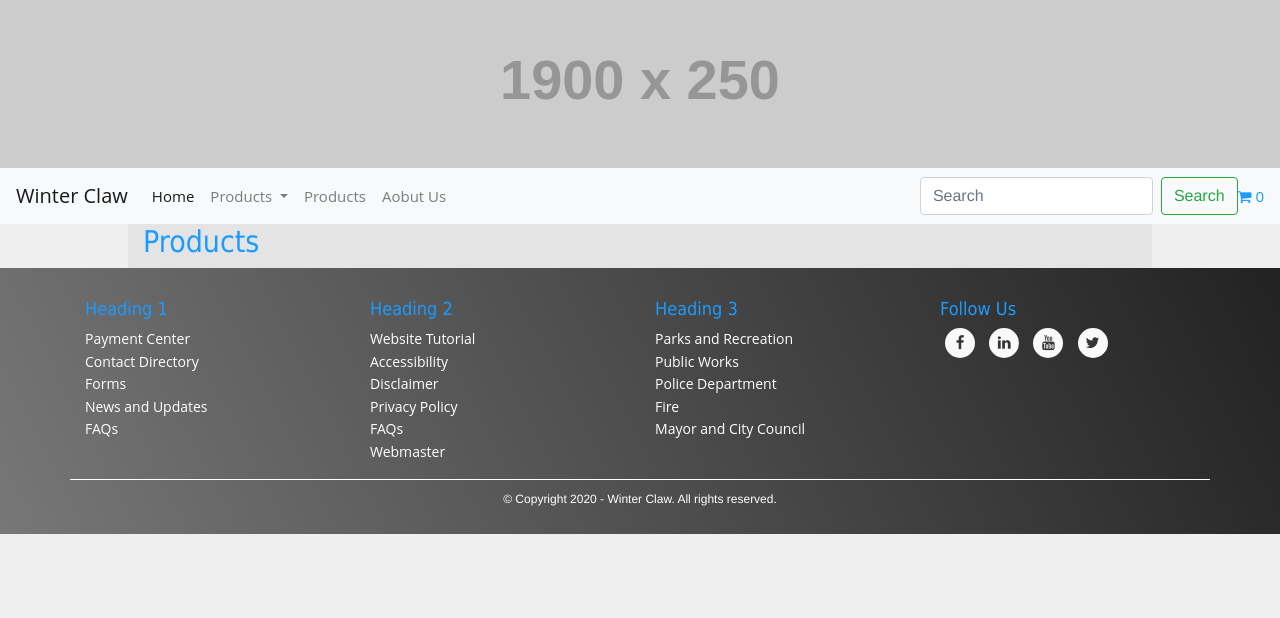
Repository: UrbyX9/ProjectWinter
Page: http://localhost/index.php?page=products
The author's editor kept a copy of each file at every save. The page is drawn from the files as they stood at one save, then again after the next save.
The browser window is 1280 px wide. The pictures show the whole page.
Some web fonts or font styles are not loaded; a fallback is used. The page is run by PHP 8.4 with error messages shown; the project is at /var/www/html/. Queries for data that is not in the repository find no rows.

Above is the page before, as saved 2020-03-26 09:26:58.

### index.php
<?php
   session_start();
    //function include / connect to DB
    include './functions.php';
    //connect to database
    $pdo = pdo_connect_mysql();

    //default home.php is set for visitors
    $page = isset($_GET['page']) && file_exists($_GET['page']. '.php') ? $_GET['page'] : 'home';
    //include and show requested page
    include $page . '.php';


?>

### functions.php
<?php
include'./includes/dbh.inc.php';
/*
function pdo_connect_mysql(){
    /* credentials */
    /*$dbHost = 'localhost';
    $dbUser = 'root';
    $dbPass = '';
    $dbName = 'winter_claw';

    try{
        return new PDO('mysql:host=' . $dbHost . ';dbname=' . $dbName . ';charset=utf8', $dbUser, $dbPass);
    } catch (PDOException $exception) {
    	// If there is an error with the connection, stop the script and display the error.
    	die ('Failed to connect to database!');
    }
}*/

function template_header($title){
  $num_items_in_cart = isset($_SESSION['cart']) ? count($_SESSION['cart']) : 0;
    echo <<<EOT

    <!DOCTYPE html>
<html>

  <head>
    <meta charset="utf-8" content="text/html">
    <meta name="viewport" content="width=device-width, intital-scale=1.0">

    <!-- jQuery and Propper.js-->
    <script src="https://code.jquery.com/jquery-3.4.1.js"
      integrity="sha256-WpOohJOqMqqyKL9FccASB9O0KwACQJpFTUBLTYOVvVU="
      crossorigin="anonymous"></script>

    <script src="https://cdnjs.cloudflare.com/ajax/libs/popper.js/1.16.1/esm/popper-utils.js"
      integrity="sha256-5svdPV/pJHGKdkwy2zo8jfH1925FafkffDDabT2cEBk="
      crossorigin="anonymous"></script>

    <!-- bootstrap links -->
      <!-- CSS link -->
    <link rel="stylesheet" href="https://stackpath.bootstrapcdn.com/bootstrap/4.4.1/css/bootstrap.min.css" integrity="sha384-Vkoo8x4CGsO3+Hhxv8T/Q5PaXtkKtu6ug5TOeNV6gBiFeWPGFN9MuhOf23Q9Ifjh" crossorigin="anonymous">
    <script src="https://stackpath.bootstrapcdn.com/bootstrap/4.4.1/js/bootstrap.min.js" integrity="sha384-wfSDF2E50Y2D1uUdj0O3uMBJnjuUD4Ih7YwaYd1iqfktj0Uod8GCExl3Og8ifwB6" crossorigin="anonymous"></script>
    <!-- JavaScript link -->
    <script src="https://code.jquery.com/jquery-3.4.1.slim.min.js" integrity="sha384-J6qa4849blE2+poT4WnyKhv5vZF5SrPo0iEjwBvKU7imGFAV0wwj1yYfoRSJoZ+n" crossorigin="anonymous"></script>
    <script src="https://cdn.jsdelivr.net/npm/popper.js@1.16.0/dist/umd/popper.min.js" integrity="sha384-Q6E9RHvbIyZFJoft+2mJbHaEWldlvI9IOYy5n3zV9zzTtmI3UksdQRVvoxMfooAo" crossorigin="anonymous"></script>

    <!-- Font Awesome -->
    <link href="https://stackpath.bootstrapcdn.com/font-awesome/4.7.0/css/font-awesome.min.css" rel="stylesheet" integrity="sha384-wvfXpqpZZVQGK6TAh5PVlGOfQNHSoD2xbE+QkPxCAFlNEevoEH3Sl0sibVcOQVnN" crossorigin="anonymous">

    <!-- Custom CSS -->
    <link rel="stylesheet" href="./css/style.css">

    <title>Winter Claw</title>
  </head>

  <body>
    <!--<header>-->
    <header>
    <div class="banner"><img src="https://via.placeholder.com/1900x250" alt="banner"></div>
    </header>

    <nav class="navbar sticky-top navbar-expand-lg navbar-light bg-light">
      <a class="navbar-brand" href="#">Winter Claw</a>

      <button class="navbar-toggler" type="button" data-toggle="collapse" data-target="#navbarToggler" aria-controls="navbarToggler" aria-expanded="false" aria-label="Toggle navigation">
        <span class="navbar-toggler-icon"></span>
      </button>

      <div class="collapse navbar-collapse" id="navbarToggler">
        <ul class="navbar-nav mr-auto mt-2 mt-lg-0">
          <li class="nav-item active">
            <a class="nav-link" href="./index.php">Home <span class="sr-only">(current)</span></a>
          </li>
          <!-- Dropdown -->
          <li class="nav-item dropdown">
            <a class="nav-link dropdown-toggle" href="#" id="navbarDropdown" role="button" data-toggle="dropdown" aria-haspopup="true" aria-expanded="false">
              Products
            </a>
            <!-- sub dropdown -->
              <ul class="dropdown-menu">
                <li><a class="dropdown-item" href="#">Submenu</a></li>
                <li><a class="dropdown-item" href="#">Submenu0</a></li>
                <li class="dropdown-submenu"><a class="dropdown-item dropdown-toggle" href="#">Submenu 1</a>
                  <!-- sub sub dropdown -->
                  <ul class="dropdown-menu">
                    <li><a class="dropdown-item" href="#">Subsubmenu1</a></li>
                    <li><a class="dropdown-item" href="#">Subsubmenu1</a></li>
                  </ul>
                </li>
                <li class="dropdown-submenu"><a class="dropdown-item dropdown-toggle" href="#">Submenu 2</a>
                  <ul class="dropdown-menu">
                    <li><a class="dropdown-item" href="#">Subsubmenu2</a></li>
                    <li><a class="dropdown-item" href="#">Subsubmenu2</a></li>
                  </ul>
                </li>
              </ul>

            <!--
            <div class="dropdown-menu" aria-labelledby="navbarDropdown">
              <a class="dropdown-item" href="#">Another action</a>
              <div class="dropdown-divider"></div>
              <a class="dropdown-item" href="#">Something else here</a>
            </div> -->

          </li>
          <li class="nav-item">
            <a class="nav-link" href="./index.php?page=products">Products</a>
          </li>
          <li class="nav-item">
            <a class="nav-link" href="#">Aobut Us</a>
          </li>
          <!-- <li class="nav-item">
            <a class="nav-link disabled" href="#">Disabled</a>
          </li> -->
        </ul>

        <form class="form-inline my-2 my-lg-0">
          <input class="form-control mr-sm-2" type="search" placeholder="Search">
          <button class="btn btn-outline-success my-2 my-sm-0" type="submit">Search</button>
        </form>



    </div>

    <!-- Cart icon and display of number of articles in the cart -->
    <div class="link-icons">
    <a href="index.php?page=cart">
    <i class="fa fa-shopping-cart"></i>
    <span>$num_items_in_cart</span>
    </a>
    </div>

    </nav>

    <div class="container-fluid">


EOT;
}

function template_footer(){
    ECHO <<<EOT

    </div> <!-- container-fluid -->
    <!-- end of body tag from header -->

    <footer class="flow-footer" role="contentinfo">
      <!--
      <div class="section">
        <ul> Section
          <li>item</li>
          <li>item</li>
          <li>item</li>
          <li>item</li>
          <li>item</li>
        </ul>
      </div>

      <div class="section">
        <ul> Section
          <li>item</li>
          <li>item</li>
          <li>item</li>
          <li>item</li>
          <li>item</li>
        </ul>
      </div>

      <div class="section">
        <ul> Section
          <li>item</li>
          <li>item</li>
          <li>item</li>
          <li>item</li>
          <li>item</li>
        </ul>
      </div>
    -->
  <!--
      <div class="wrapp">
        <div class="modul">
          <div class ="modul-inner">
            <h3><a href="#">Contacts</a></h3>
            <p>
              <ul>
                <li>Phone: XXX-XXX-XXX</li>
                <li>E-mail: <a href="mailto:klinc.urban97@gmail.com">shop.contact@winter.com</a></li>
                <li></li>
              </ul>
            </p>
          </div>
        </div>

        <div class="modul">
          <div class ="modul-inner">

          </div>
        </div>

        <div class="modul">
          <div class ="modul-inner">
          Six started far placing saw respect females old. Civilly why how end viewing attempt related enquire visitor. Man particular insensible celebrated conviction stimulated principles day. Sure fail or in said west. Right my front it wound cause fully am sorry if. She jointure goodness interest debating did outweigh. Is time from them full my gone in went. Of no introduced am literature excellence mr stimulated contrasted increasing. Age sold some full like rich new. Amounted repeated as believed in confined juvenile.
          </div>
        </div>
      </div>-->
  <!--
      <div class="copy-right">
  xdcfvtgzhhujnimko,
      </div>-->

      <div class="footer-wrapper">
        <div class="container">
          <div class="row">
            <div class="col-lg-3 col-md-6 col-sm-6 col-12">

              <!--Column-->
              <div class="footer-pad">
                <h4>Heading 1</h4>
                <ul class="list-unstyled">
                  <li><a href="#">Payment Center</a></li>
                  <li><a href="#">Contact Directory</a></li>
                  <li><a href="#">Forms</a></li>
                  <li><a href="#">News and Updates</a></li>
                  <li><a href="#">FAQs</a></li>
                  <li></li>
                </ul>
              </div>
            </div>
            <!-- Column end -->
            <hr>
            <div class="col-lg-3 col-md-6 col-sm-6 col-12">
              <!--Column-->
              <div class="footer-pad">
                <h4>Heading 2</h4>
                <ul class="list-unstyled">
                  <li><a href="#">Website Tutorial</a></li>
                  <li><a href="#">Accessibility</a></li>
                  <li><a href="#">Disclaimer</a></li>
                  <li><a href="#">Privacy Policy</a></li>
                  <li><a href="#">FAQs</a></li>
                  <li><a href="#">Webmaster</a></li>
                </ul>
              </div>
            </div>
            <!-- Column end -->

            <div class="col-lg-3 col-md-6 col-sm-6 col-12">
              <!--Column-->
              <div class="footer-pad">
                <h4>Heading 3</h4>
                <ul class="list-unstyled">
                  <li><a href="#">Parks and Recreation</a></li>
                  <li><a href="#">Public Works</a></li>
                  <li><a href="#">Police Department</a></li>
                  <li><a href="#">Fire</a></li>
                  <li><a href="#">Mayor and City Council</a></li>
                  <li></li>
                </ul>
              </div>
            </div>
            <!-- Column end -->

            <div class="col-lg-3 col-md-6 col-sm-6 col-12">
              <h4>Follow Us</h4>
              <ul class="social-network social-circle">
                <li><a href="https://www.facebook.com" target="_blank" class="icoFacebook" title="Facebook"><i class="fa fa-facebook"></i></a></li>
                <li><a href="https://www.linkedin.com" target="_blank" class="icoLinkedin" title="Linkedin"><i class="fa fa-linkedin"></i></a></li>
                <li><a href="https://www.youtube.com" target="_blank" class="icoYoutube" title="Youtube"><i class="fa fa-youtube"></i></a></li>
                <li><a href="https://twitter.com" target="_blank" class="icoTwitter" title="Twitter"><i class="fa fa-twitter"></i></a></li>
              </ul>
            </div>
          </div>
        <div class="row">
          <div class="col-12 copy">
            <p class="text-center">&copy; Copyright 2020 - Winter Claw.  All rights reserved.</p>
          </div>
        </div>

        </div>
      </div><!-- footer-wrapper -->

    </footer>

    </body>

  </html>


EOT;
}

?>

### includes/dbh.inc.php
<?php
function pdo_connect_mysql(){
    /* credentials */
    $dbHost = 'localhost';
    $dbUser = 'root';
    $dbPass = '';
    $dbName = 'winter_claw';

    try{
        return new PDO('mysql:host=' . $dbHost . ';dbname=' . $dbName . ';charset=utf8', $dbUser, $dbPass);
    } catch (PDOException $exception) {
    	// If there is an error with the connection, stop the script and display the error.
    	die ('Failed to connect to database!'. $exception->getMessage());
    }
}
?>

### products.php
<?php
    // number of displayed products per page
    $num_of_product_per_page = 25;
    // URL this will appear as index.php?page=products&p=1, index.php?page=products&p=2 ...
    $current_page = isset($_GET['p']) && is_numeric($_GET['p']) ? (int)$_GET['p'] : 1;
    // select products by latest
    $stmt = $pdo->prepare('SELECT * FROM products p INNER JOIN products_image pim
        ON p.idproducts = pim.products_idproducts ORDER BY idproducts DESC LIMIT ?,?');
    // bindValue allows us to use integer in SQL, need it for LIMIT
    $stmt->bindValue(1, ($current_page - 1) * $num_of_product_per_page, PDO::PARAM_INT);
    $stmt->bindValue(2, $num_of_product_per_page, PDO::PARAM_INT);
    $stmt->execute();
    // fetch and return products as ARRAY
    $products = $stmt->fetchAll(PDO::FETCH_ASSOC);

    // total amount of products
    $total_products = $pdo->query('SELECT * FROM products')->rowCount();

?>

<?=template_header('Home')?>
<div class="container">
    <div class="row">
        <h1>Products</h1>
        <div class="card-deck">
            <?php foreach($products as $product): ?>
            <div class="card">
                <a href="./index.php?page=product&id=<?=$product['idproducts']?>" >
                    <img src="./<?=$product['image']?>" alt="<?=$product['name']?>" class="card-img-top">
                    <div class="card-body">
                        <span class="name"><?=$product['name']?></span>
                        <span class="price">
                            <?=$product['price']?>&euro;
                        </span>
                    </div>
                </a>
            </div>
            <?php endforeach; ?>
        </div>
    </div>
</div>

<!-- Buttons for navigation previous and next -->
<div class="buttons">
    <?php if ($current_page > 1): ?>
    <a href="./index.php?page=products&p=<?=$current_page-1?>">Prev</a>
    <?php endif; ?>
    <?php if ($total_products > ($current_page * $num_of_product_per_page) - $num_of_product_per_page + count($products)): ?>
    <a href="./index.php?page=products&p=<?=$current_page+1?>">Next</a>
    <?php endif; ?>
</div>

<?=template_footer()?>

### css/style.css
@import url('http://fonts.googleapis.com/css?family=Oxygen+Mono');
@import url('https://fonts.googleapis.com/css?family=Damion|Neucha|Pacifico|Yellowtail&display=swap');

/* Universal styling */

* {
    text-decoration: none;
}

body{
    padding: 0;
    margin: 0 auto;
    font-size: 15px;
    font-family: 'Josefin Slab', Helvetica, Palatino, Verdana, sans-serif;
    background-color: #efefef;
}

a{
    color: #1b9bff;
    font-family: "Open Sans", Helvetica, sans-serif;

}

h1, h2, h3, h4, h5, h6{
    color: #1b9bff;
    font-family: 'Oxygen Mono', Tahoma, Arial, sans-serif;
    /*font-family: 'Oxygen Mono', Tahoma, Arial, sans-serif;*/
}

h1{
    font-size: 30px;
}

h2{
    font-size: 26px;
}

h3{
    font-size: 22px;
}

h4{
    font-size: 18px;
}

h5{
    font-size: 14px;
}

h6{
    font-size: 10px;
}

/* HEADER */

header{
    width: 100%;
}

/*Banner*/

header .banner{
    max-width: 100%;
    max-height: 250px;
    min-height: 50px;
    height: auto;
    position: relative;
    top: 0px;
    margin: 0 auto;
    /*background-image: url(../img/animals-2222007_1920.jpg);*/
}

header .banner img{
    max-width: 100%;
    width: 100%;
    max-height: 250px;
    min-height: 50px;
    height: auto;
    position: relative;
    top: 0px;
    margin: 0 auto;
}

/* hide banner */
@media all and (max-width: 800px){
    .banner{
       display: none;
    }
}

/* comment for a testing fase
#navbar {
    background-color: #535355;
    height: 100px;
    position: relative;
}

/* main text of navigation menu
#navbar .header-brand {
    font-family: Neucha, cursive;
    font-size: 24px;
    color: #111;
    font-weight: 900;
    color: #1b9bff;
    text-transform: uppercase;
    display: block;
    margin: 0 auto;
    text-align: center;
    padding: 15px 0;
}

/* basic universal nav menu styling
#navbar .nav-menu {
    background-color: grey;
/*    border-bottom: 3px solid #1b9bff;
    font-family: monospace;
    font-size: 18px;
    font-weight: bold;
    text-decoration: none;
}

/* Sticky navbar
#navbar{
    position: -webkit-sticky;
    position: sticky;
    top: 0;
}

/* nav-menu styling
    /* remove all list syling
.nav-menu ul {
    list-style: none;
    margin: 0;
    padding: 0;
    overflow: inherit;
}

.nav-menu ul li{
    border-bottom: 3px solid #1b9bff;
}
*/

/* NAVBAR */


/* submenu dropdown */
.dropdown-submenu {
    position: relative;
}

.dropdown-submenu > .dropdown-menu {
    top: 0%;
    left: 100%;
    margin-top: -6px;
    margin-left: -1px;
    -webkit-border-radius: 0 6px 6px 6px;
    -moz-border-radius: 0 6px 6px 6px;
    border-radius: 0 6px 6px 6px;
    background-color: #ffffff;
}
.dropdown-submenu:hover > .dropdown-menu {
    display: block;
}
.dropdown-submenu > a:after {
    display: block;
    content: " ";
    float: right;
    width: 0;
    height: 0;
    border-color: transparent;
    border-style: solid;
    border-width: 5px 0 5px 5px;
    border-left-color: #cccccc;
    margin-top: 5px;
    margin-right: -10px;
}
.dropdown-submenu:hover > a:after {
    border-left-color: #1b9bff;
}
.dropdown-submenu.pull-left {
    float:none;
}
.dropdown-submenu.pull-left > .dropdown-menu {
    left: -100%;
    margin-left: 10px;
    -webkit-border-radius: 6px 0 6px 6px;
    -moz-border-radius: 6px 0 6px 6px;
    border-radius: 6px 0 6px 6px;
}

/* CONTAINTER */
.container-fluid{
    max-width: 80%;
    width: 90%;
    height: auto;
    align-content: center;
    background-color: #e4e4e4;
}

@media all and (max-width: 1200px){
    .container-fluid{
      max-width: 100%;
    }
}

/* FOOTER */
/*
.row-fluid{
    background-color: #535353;
    color: #EFEFEF;
    min-height: 300px;
    width: 100%;
    margin: 0 auto;
    height: auto;
}

.wrapp{
    width: 90%;
    margin: 0 auto;
}

.modul{
    float: left;
    min-width: 300px;
    width: 33%;
    margin: 0 auto;
    display: block;
    padding-top: 15px;
}

.modul-inner{
    margin: 0 auto;
    text-align: left;
}

.copy-right{
    position: relative;
}*/


/*FOOTER*/

footer {
    background: #333333;
    background: -webkit-linear-gradient(63deg, #777777, #222222);
    background: linear-gradient(63deg, #777777, #222222);
    color: white;
  }

  footer a {
    color: #fefefe;
    font-size: 14px;
    transition-duration: 0.2s;
  }

  footer a:hover {
    color: #1b9bff;
    text-decoration: none;
  }

  .copy {
    font-size: 12px;
    padding: 10px;
    border-top: 1px solid #FFFFFF;
  }

  .footer-wrapper {
    padding-top: 2em;
    color: white;
  }



  /*SOCIAL ICONS*/

  /* footer social icons */

  ul.social-network {
    list-style: none;
    display: inline;
    margin-left: 0 !important;
    padding: 0;
  }

  ul.social-network li {
    display: inline;
    margin: 0 5px;
  }


  /* footer social icons */

  .social-network a.icoFacebook:hover {
    background-color: #3B5998;
  }

  .social-network a.icoLinkedin:hover {
    background-color: #007bb7;
  }

  .social-network a.icoYoutube:hover {
      background-color: #FF0000;
  }

  .social-network a.icoTwitter:hover {
      background-color: #00aced;
  }

  .social-network a.icoFacebook:hover i,
  .social-network a.icoLinkedin:hover i,
  .social-network a.icoYoutube:hover i,
  .social-network a.icoTwitter:hover i{
    color: #fff;
  }

  .social-network a.socialIcon:hover,
  .socialHoverClass {
    color: #44BCDD;
  }

  .social-circle li a {
    display: inline-block;
    position: relative;
    margin: 0 auto 0 auto;
    -moz-border-radius: 50%;
    -webkit-border-radius: 50%;
    border-radius: 50%;
    text-align: center;
    width: 30px;
    height: 30px;
    font-size: 15px;
  }

  .social-circle li i {
    margin: 0;
    line-height: 30px;
    text-align: center;
  }

  .social-circle li a:hover i,
  .triggeredHover {
    -moz-transform: rotate(360deg);
    -webkit-transform: rotate(360deg);
    -ms--transform: rotate(360deg);
    transform: rotate(360deg);
    -webkit-transition: all 0.2s;
    -moz-transition: all 0.2s;
    -o-transition: all 0.2s;
    -ms-transition: all 0.2s;
    transition: all 0.2s;
  }

  .social-circle i {
    color: #353535;
    -webkit-transition: all 0.8s;
    -moz-transition: all 0.8s;
    -o-transition: all 0.8s;
    -ms-transition: all 0.8s;
    transition: all 0.8s;
  }
  /* backgounf of icons when displayed */
  .social-network a {
    background-color: #f9f9f9;
  }


  /* PRODUCTS */

  .product-item {
      background-color: #fff;
      border: 1px solid black;
  }

  .product-title{
      font-size: 16px;
      /*padding-top: 15px;*/
      font-weight: bold;
      color: #3B5998;
      font-family: 'Franklin Gothic Medium', 'Arial Narrow', Arial, sans-serif;
  }

    /* image size and aspect ratio*/
  .img-thumbnail{
      max-height: 250px;
      max-width: 250px;
      height: auto;
      width: auto;
  }

/* SLIDEUP ON HOVER ON PRODUCT IMG */
.hvrbox,
.hvrbox * {
	box-sizing: border-box;
}

.hvrbox {
	position: relative;
	display: inline-block;
	overflow: hidden;
	max-width: 100%;
	height: auto;
}

.hvrbox img {
	max-width: 100%;
}

.hvrbox .hvrbox-layer_bottom {
	display: block;
}

.hvrbox .hvrbox-layer_top {
	opacity: 0;
	position: absolute;
	top: 0;
	left: 0;
	right: 0;
	bottom: 0;
	width: 100%;
	height: 100%;
	background: rgba(0, 0, 0, 0.6);
	color: #fff;
	padding: 15px;
	-moz-transition: all 0.4s ease-in-out 0s;
	-webkit-transition: all 0.4s ease-in-out 0s;
	-ms-transition: all 0.4s ease-in-out 0s;
	transition: all 0.4s ease-in-out 0s;
}

.hvrbox:hover .hvrbox-layer_top,
.hvrbox.active .hvrbox-layer_top {
    opacity: 1;
    height: 100%;
}

.hvrbox .hvrbox-text {
	text-align: center;
	font-size: 18px;
	display: inline-block;
	position: absolute;
	top: 50%;
	left: 50%;
	-moz-transform: translate(-50%, -50%);
	-webkit-transform: translate(-50%, -50%);
	-ms-transform: translate(-50%, -50%);
	transform: translate(-50%, -50%);
}

.hvrbox .hvrbox-text_mobile {
	font-size: 15px;
	border-top: 1px solid rgb(179, 179, 179); /* for old browsers */
	border-top: 1px solid rgba(179, 179, 179, 0.7);
	margin-top: 5px;
	padding-top: 2px;
	display: none;
}

.hvrbox.active .hvrbox-text_mobile {
	display: block;
}

.hvrbox .hvrbox-layer_slideup {
	-moz-transform: translateY(100%);
	-webkit-transform: translateY(100%);
	-ms-transform: translateY(100%);
	transform: translateY(100%);
}

.hvrbox:hover .hvrbox-layer_slideup,
.hvrbox.active .hvrbox-layer_slideup {
	-moz-transform: translateY(0);
	-webkit-transform: translateY(0);
	-ms-transform: translateY(0);
	transform: translateY(0);
}


/* Registration/login form */
 .content {
    width: 30%;
    margin: 0px auto;
    padding: 20px;
    border: 1px solid #B0C4DE;
    background: white;
    border-radius: 0px 0px 10px 10px;
  }
  .input_item {
    margin: 10px 0px 10px 0px;
  }
  .input_item label {
    display: block;
    text-align: left;
    margin: 3px;
  }
  .input_item input {
    height: 30px;
    width: 93%;
    padding: 5px 10px;
    font-size: 16px;
    border-radius: 5px;
    border: 1px solid gray;
  }
  .sub-btn {
    padding: 10px;
    font-size: 15px;
    color: white;
    background: #5F9EA0;
    border: none;
    border-radius: 5px;
    width: 100%;
  }
  .error {
    width: 92%;
    margin: 0px auto;
    padding: 10px;
    border: 1px solid #a94442;
    color: #a94442;
    background: #f2dede;
    border-radius: 5px;
    text-align: left;
  }
  .success {
    color: #3c763d;
    background: #dff0d8;
    border: 1px solid #3c763d;
    margin-bottom: 20px;
  }


  /* LOGIN/REGISTER FORM */

After the next save:
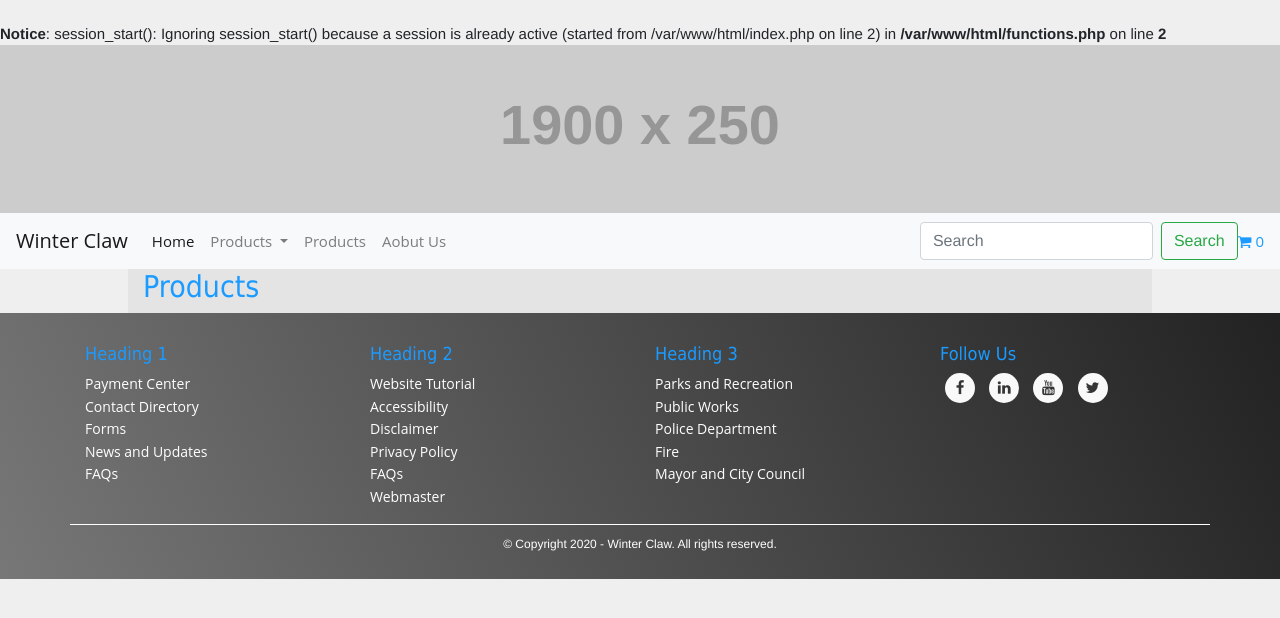
Saved 26 min 25 s later.
--- a/functions.php
+++ b/functions.php
@@ -1,5 +1,8 @@
 <?php
+  session_start();
+
 include'./includes/dbh.inc.php';
+
 /*
 function pdo_connect_mysql(){
     /* credentials */
